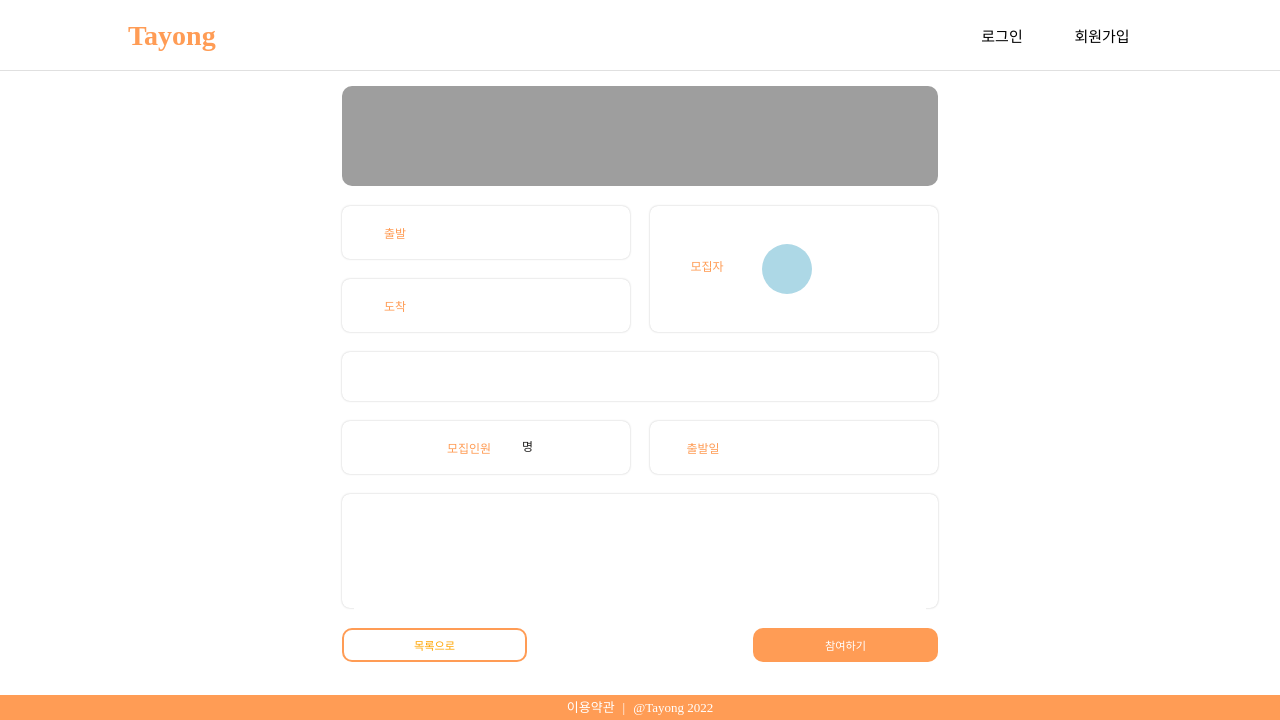
Repository: YEOMJINSEOP/Tayong
Page: /detail (app in react/)
An editor plug-in stored every save of this project. The page is shown before and after the next save, followed by the edit.
The browser window is 1280 px wide. The pictures show the whole page.
Pictures or frames that could not be fetched are drawn as grey boxes. The page's requests for data from a server got no answer. Some web fonts or font styles are not loaded; a fallback is used. The project was rebuilt for these pictures with package versions that can differ from the ones it lists, and the page was loaded fresh each time. No one was signed in, and anything a server would have sent is missing. Also part of the build but not shown: react/src/components/departure/departure.jsx, react/src/components/arrival/arrival.jsx, react/src/components/locationSelector/locationSelector.jsx, react/src/pages/Home.jsx, react/src/components/meet/meet.jsx, react/src/components/list/meetList.jsx, react/src/pages/List.jsx, react/src/components/form/form.jsx and 5 more.

Above is the page before, as saved 2022-12-09 10:31:24.

After the next save:
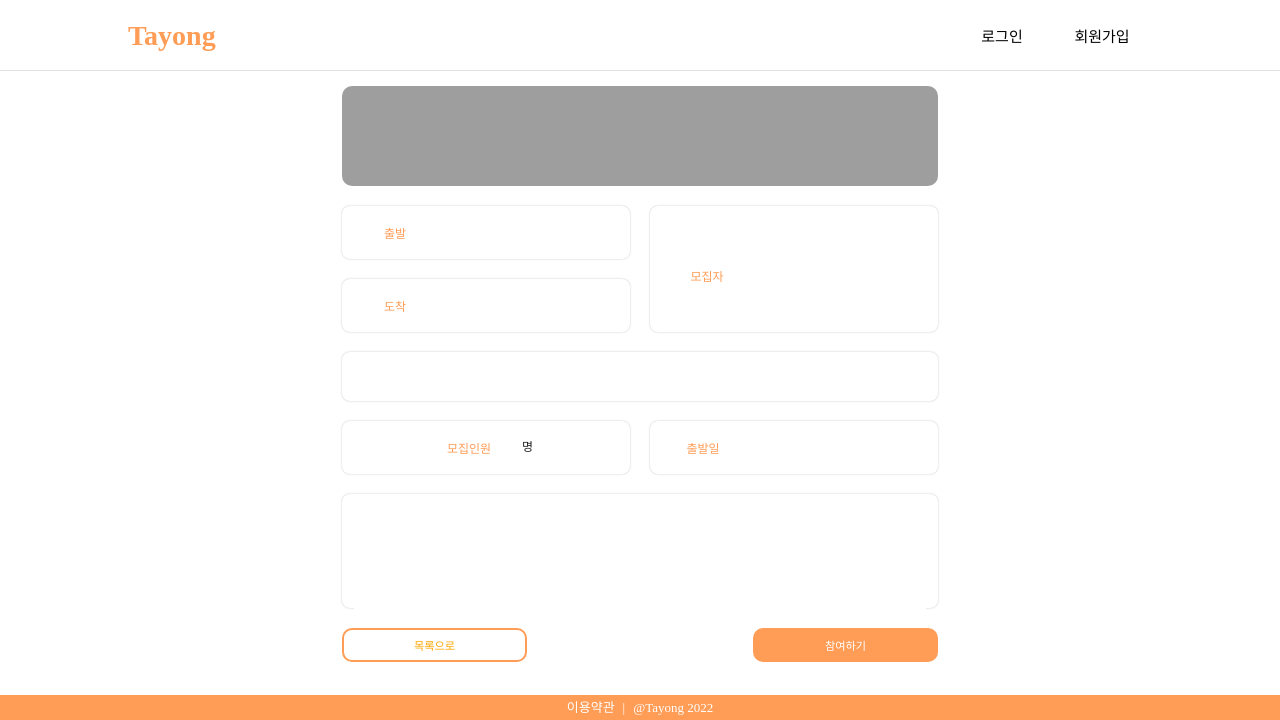
Saved 6 s later.
--- a/react/src/components/meetDetail/meetDetail.jsx
+++ b/react/src/components/meetDetail/meetDetail.jsx
@@ -129,7 +129,7 @@ function MeetDetail(props) {
           <div className={styles.user}>
             <div className={styles.userInfo}>
               <div className={styles.userInfoInfo}>모집자</div>
-              <div className={styles.userAvatar}></div>
+              {/* <div className={styles.userAvatar}></div> */}
               <p>{hostId}</p>
             </div>
           </div>
